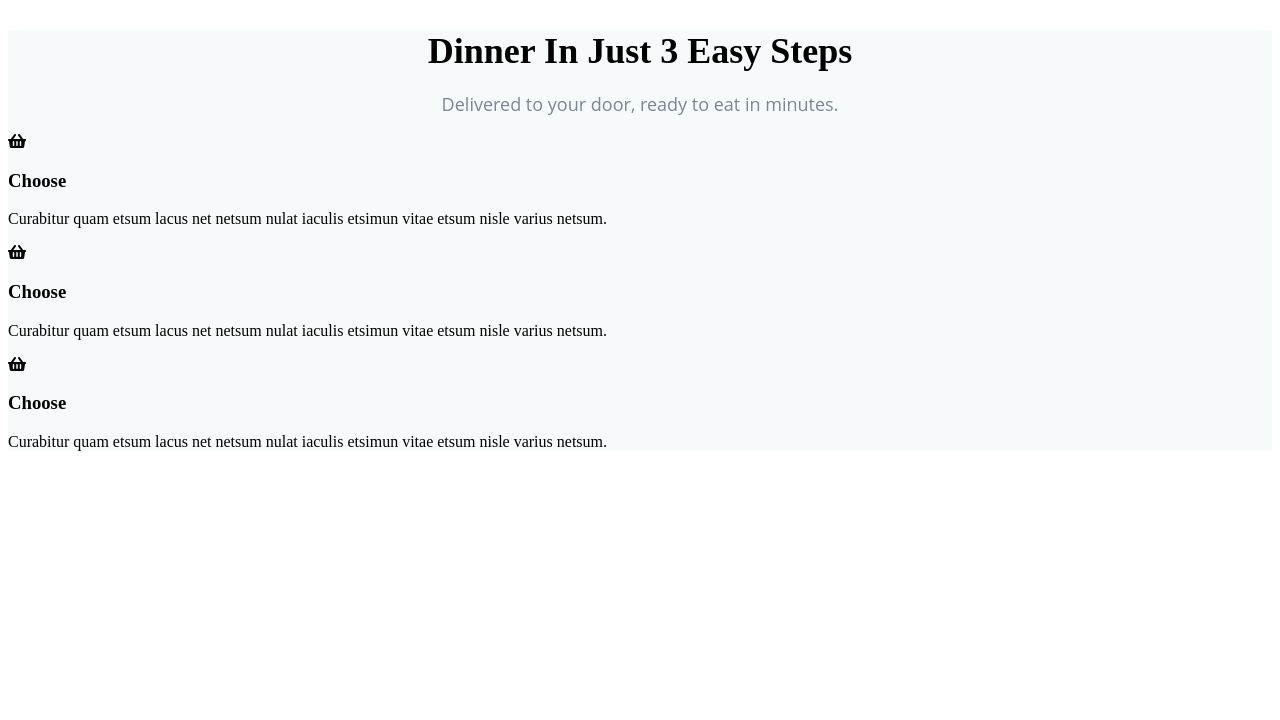
Repository: ST-United-Internship/leadpage
Page: card-UI.html
These files come from the project's save history. The page is drawn as it stood at one moment and after a run of saves; the edit follows.
The browser window is 1280 px wide. The pictures show the whole page.

Above is the page before, as saved 2023-03-15 14:55:44.

After the next 2 saves:
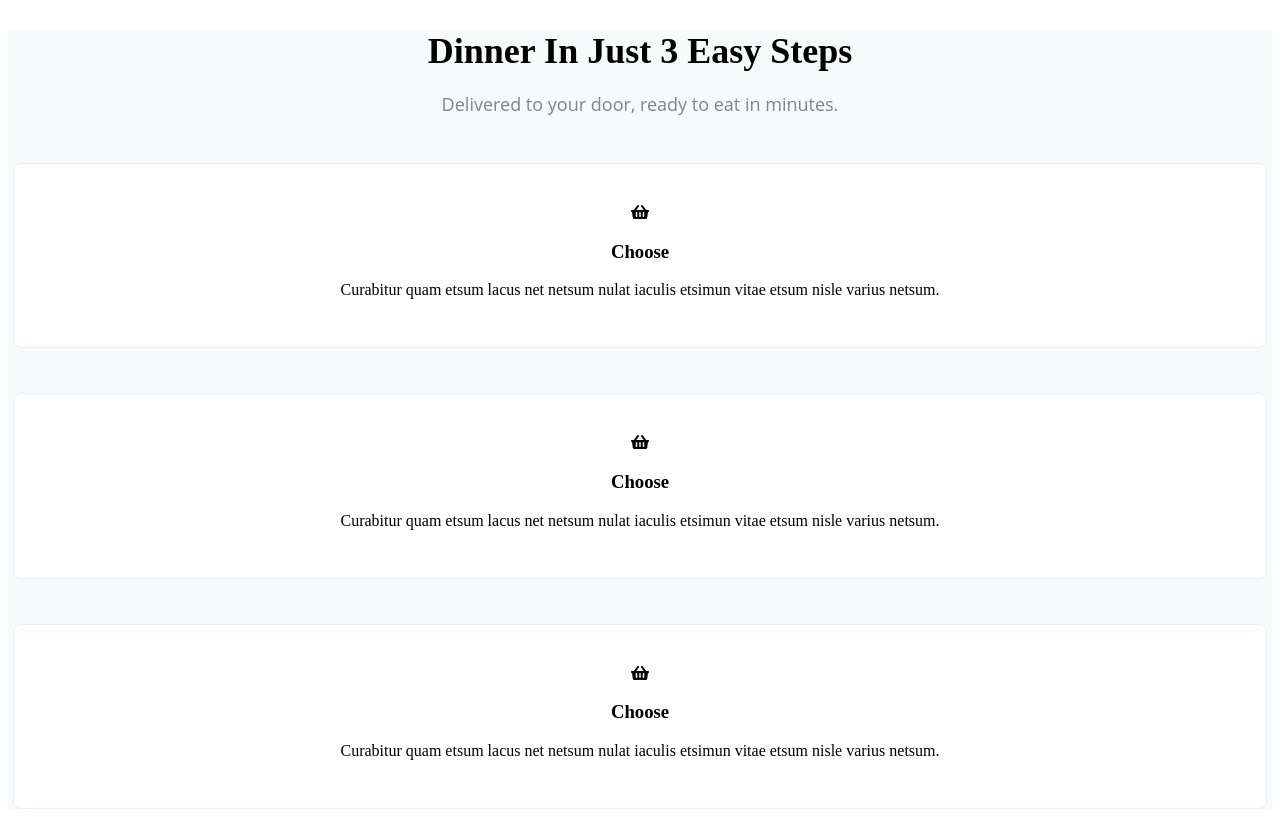
The 2 saves are shown as one change because they came seconds apart.
The last was saved 38 s later.
--- a/css/card-UI.css
+++ b/css/card-UI.css
@@ -34,3 +34,15 @@ section{
 .card-UI{
     position: relative;
 }
+
+.title-card{
+    position: relative;
+    margin: 45px 5px 5px 5px;
+    padding: 40px 15px 32px 15px;
+    overflow: hidden;
+    text-align: center;
+    border: 1px solid #e5efff;
+    background-color: #fefefe;
+    border-radius: 8px 8px;
+    transition: all 1s;
+}
